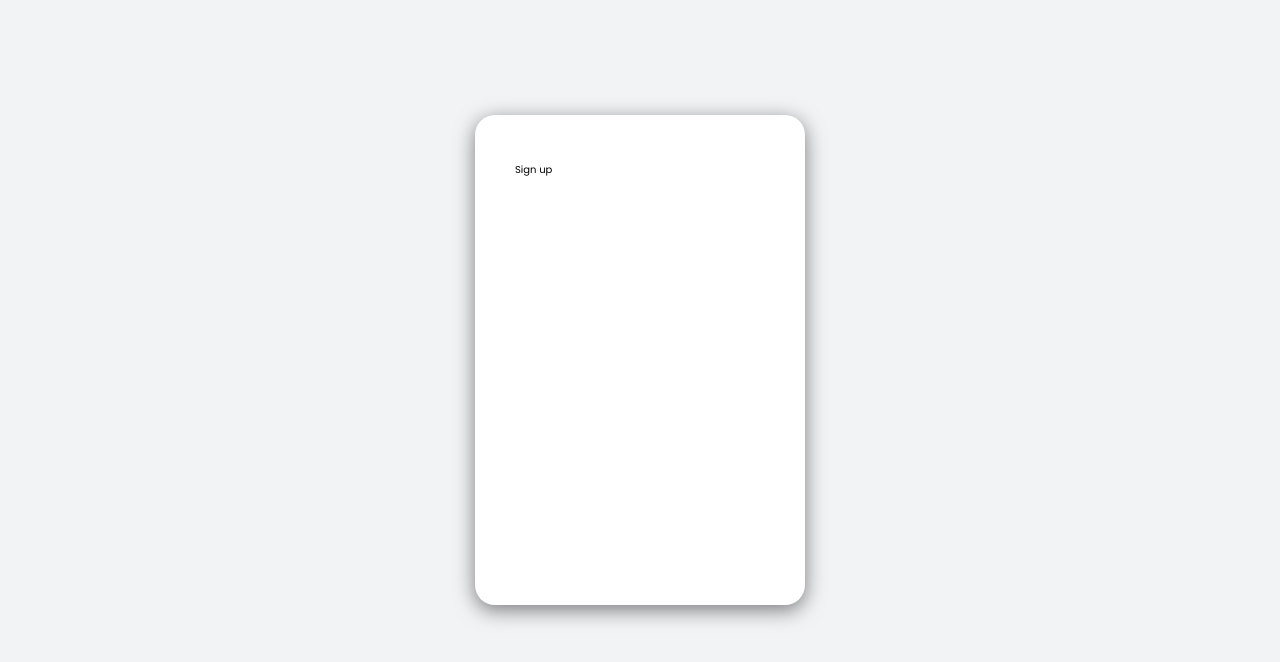
Repository: TranMinhMan040702/practice_html-css
Page: form-login/index.html
The author's editor kept a copy of each file at every save. The page is drawn from the files as they stood at one save, then again after the next save.
The browser window is 1280 px wide. The pictures show the whole page.
Some web libraries are served in a nearby version.

Above is the page before, as saved 2022-08-24 12:42:17.

### form-login/index.html
<!DOCTYPE html>
<html lang="en">
<head>
    <meta charset="UTF-8">
    <meta http-equiv="X-UA-Compatible" content="IE=edge">
    <meta name="viewport" content="width=device-width, initial-scale=1.0">
    <link href="https://fonts.googleapis.com/css2?family=Poppins:wght@300;400;600&display=swap" rel="stylesheet">
    <link rel="stylesheet" href="https://cdnjs.cloudflare.com/ajax/libs/font-awesome/6.1.2/css/all.min.css" integrity="sha512-1sCRPdkRXhBV2PBLUdRb4tMg1w2YPf37qatUFeS7zlBy7jJI8Lf4VHwWfZZfpXtYSLy85pkm9GaYVYMfw5BC1A==" crossorigin="anonymous" referrerpolicy="no-referrer" />
    <title>Sign up</title>
    <link rel="stylesheet" href="reset.css">
    <link rel="stylesheet" href="main.css">
</head>
<body>
    <div class="singup">
        <div class="signup-heading">
            <h1>Sign up</h1>
        </div>
    </div>
</body>
</html>

### form-login/reset.css
html,
body,
div,
span,
applet,
object,
iframe,
h1,
h2,
h3,
h4,
h5,
h6,
p,
blockquote,
pre,
a,
abbr,
acronym,
address,
big,
cite,
code,
del,
dfn,
em,
img,
ins,
kbd,
q,
s,
samp,
small,
strike,
strong,
sub,
sup,
tt,
var,
b,
u,
i,
center,
dl,
dt,
dd,
ol,
ul,
li,
fieldset,
form,
label,
legend,
table,
caption,
tbody,
tfoot,
thead,
tr,
th,
td,
article,
aside,
canvas,
details,
embed,
figure,
figcaption,
footer,
header,
hgroup,
menu,
nav,
output,
ruby,
section,
summary,
time,
mark,
audio,
video {
  margin: 0;
  padding: 0;
  border: 0;
  font-size: 100%;
  font: inherit;
  vertical-align: baseline;
}
/* HTML5 display-role reset for older browsers */
article,
aside,
details,
figcaption,
figure,
footer,
header,
hgroup,
menu,
nav,
section {
  display: block;
}
body {
  line-height: 1;
}
ol,
ul {
  list-style: none;
}
blockquote,
q {
  quotes: none;
}
blockquote:before,
blockquote:after,
q:before,
q:after {
  content: "";
  content: none;
}
table {
  border-collapse: collapse;
  border-spacing: 0;
}

### form-login/main.css
html {
    font-size: 62.5%;
    font-family: "Poppins", sans-serif;
}

* {
    box-sizing: border-box;
}

body {
    width: 100%;
    height: 100vh;
    background-color: #f2f3f5;
    display: flex;
    justify-content: center;
    align-items: center;
}

.singup {
    max-width: 330px;
    width: 100%;
    height: 490px;
    background-color: #fff;
    padding: 50px 40px;
    border-radius: 20px;
    box-shadow: 0px 5px 20px rgba(0, 0, 0, 0.5);
}

.signup-heading {

}

After the next save:
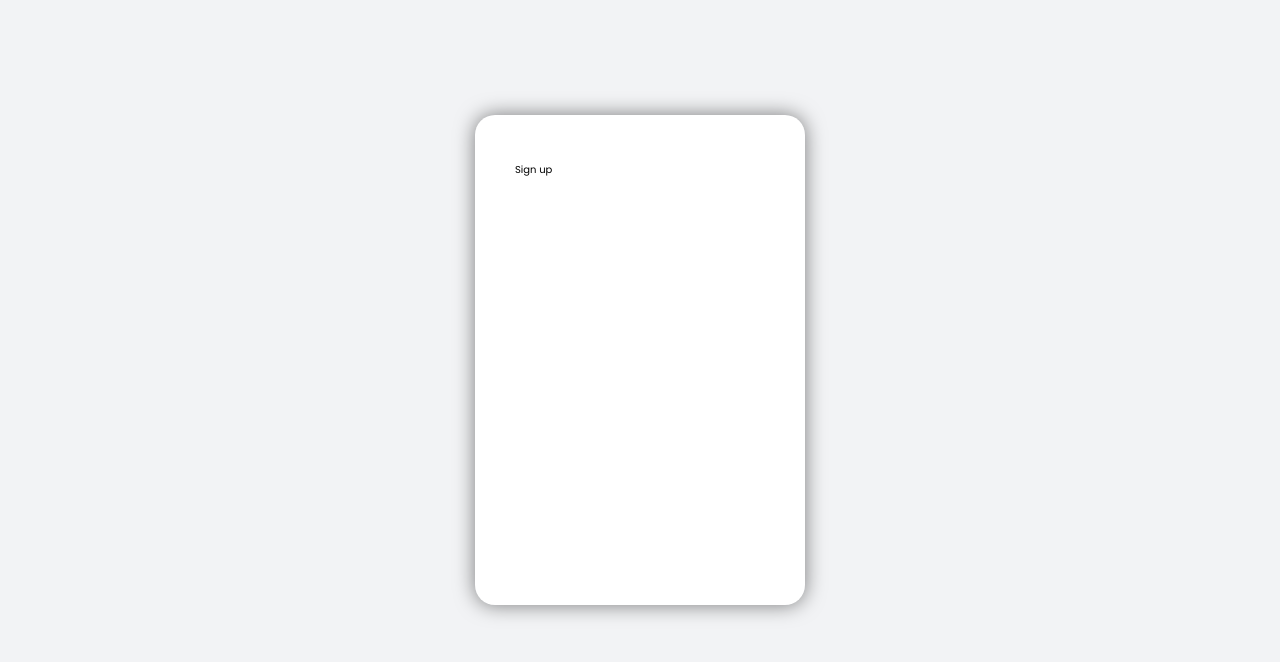
Saved 5 s later.
--- a/form-login/main.css
+++ b/form-login/main.css
@@ -23,7 +23,7 @@ body {
     background-color: #fff;
     padding: 50px 40px;
     border-radius: 20px;
-    box-shadow: 0px 5px 20px rgba(0, 0, 0, 0.5);
+    box-shadow: 0px 0px 20px rgba(0, 0, 0, 0.5);
 }
 
 .signup-heading {
